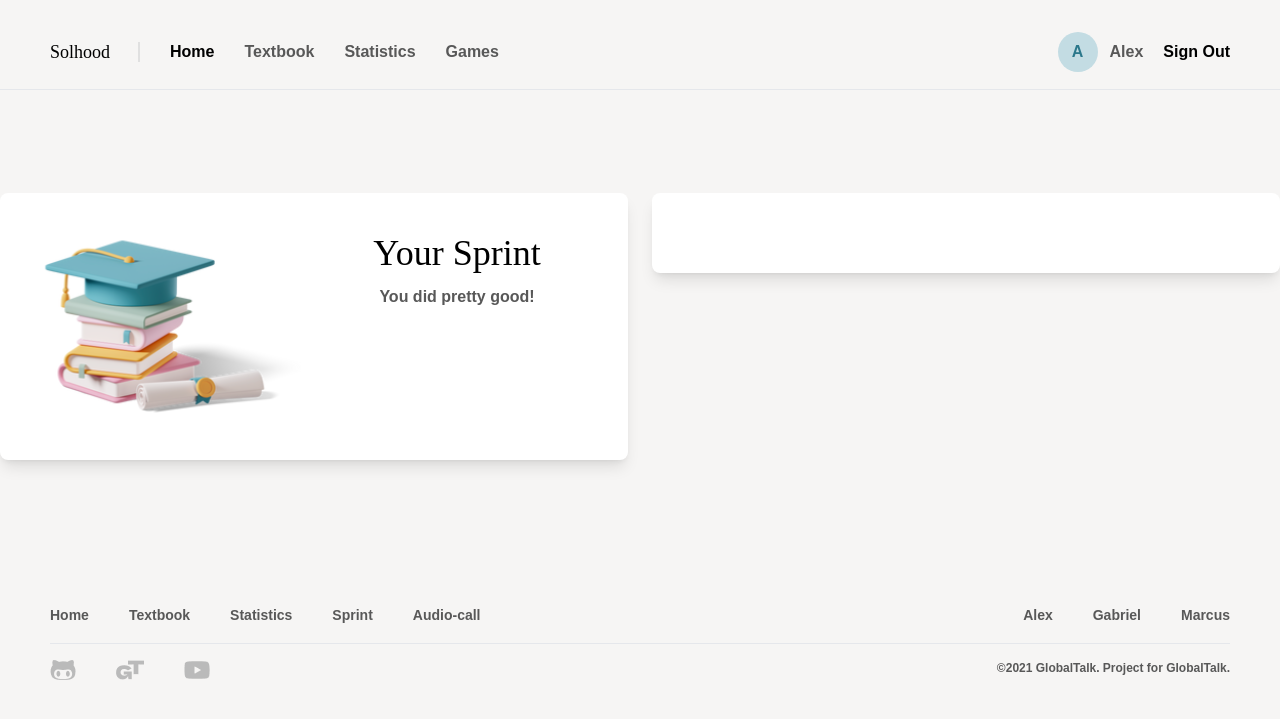
Repository: haudnn/solhood
Page: /result
An editor plug-in stored every save of this project. The page is shown before and after the next save, followed by the edit.
The browser window is 1280 px wide. The pictures show the whole page.
The project was rebuilt for these pictures with package versions that can differ from the ones it lists, and the page was loaded fresh each time. Also part of the build but not shown: src/pages/Game.tsx, src/pages/Home.tsx, src/pages/Sprint.tsx.

Above is the page before, as saved 2023-01-03 18:43:00.

### src/App.tsx
import "./App.css";
import { BrowserRouter } from 'react-router-dom';
import RouterConfig from './config/RouterConfig';
import Footer from "./components/Layout/Footer";
import Header from "./components/Layout/Header";
function App() {
  return (
    <div className="App font-montserrat">
      <BrowserRouter>
        <Header />
        <RouterConfig/>
        <Footer/>
      </BrowserRouter>
    </div>
  );
}

export default App;

### src/config/RouterConfig.tsx
import React from 'react'
import { Routes, Route } from 'react-router-dom';
import {router} from '../constants';
const RouterConfig = () => {
  return (
    <Routes>
    {router.map(({ path, component }) => (
      <Route key={path} path={path} element={component} />
    ))}
  </Routes>
  )
}

export default RouterConfig

### src/components/Layout/Footer.tsx
import React from "react";
import github from '../../assets/imgs/github.png';
import GT from '../../assets/imgs/GT.png'
import youtube from '../../assets/imgs/youtube.png'
const Footer = () => {
  return (
    <footer>
      <div className="bg-greyligt py-[40px]">
        <div className="app-container">
          <div className="pb-4 border-b border-solid boder-[greymedium]">
            <div className="grid">
              <div className="row">
                <div className="col l-6">
                  <ul className="flex items-center gap-x-10">
                    <li>
                      <a
                        className="text-sm font-semibold text-greydark"
                        href="/"
                      >
                        Home
                      </a>
                    </li>
                    <li>
                      <a
                        className="text-sm font-semibold text-greydark"
                        href="/"
                      >
                        Textbook
                      </a>
                    </li>
                    <li>
                      <a
                        className="text-sm font-semibold text-greydark"
                        href="/"
                      >
                        Statistics
                      </a>
                    </li>
                    <li>
                      <a
                        className="text-sm font-semibold text-greydark"
                        href="/"
                      >
                        Sprint
                      </a>
                    </li>
                    <li>
                      <a
                        className="text-sm font-semibold text-greydark"
                        href="/"
                      >
                        Audio-call
                      </a>
                    </li>
                  </ul>
                </div>
                <div className="col l-6">
                  <ul className="flex items-center justify-end gap-x-10">
                    <li>
                      <a
                        className="text-sm font-semibold text-greydark"
                        href="/"
                      >
                        Alex
                      </a>
                    </li>
                    <li>
                      <a
                        className="text-sm font-semibold text-greydark"
                        href="/"
                      >
                        Gabriel
                      </a>
                    </li>
                    <li>
                      <a
                        className="text-sm font-semibold text-greydark"
                        href="/"
                      >
                        Marcus
                      </a>
                    </li>
                  </ul>
                </div>
              </div>
            </div>
          </div>
          <div className="pt-4">
            <div className="grid">
              <div className="row">
                <div className="col l-6">
                  <ul className="flex items-center gap-x-10">
                    <li>
                      <a href="/">
                        <img src={github} alt="" />
                      </a>
                    </li>
                    <li>
                      <a href="/">
                        <img src={GT} alt="" />
                      </a>
                    </li>
                    <li>
                      <a href="/">
                        <img src={youtube} alt="" />
                      </a>
                    </li>
                  </ul>
                </div>
                <div className="col l-6">
                  <div className="flex items-center justify-end">
                    <span className="text-xs font-semibold text-greydark ">
                      ©2021 GlobalTalk. Project for GlobalTalk.
                    </span>
                  </div>
                </div>
              </div>
            </div>
          </div>
        </div>
      </div>
    </footer>
  );
};

export default Footer;

### src/components/Layout/Header.tsx
import React from "react";

const Header = () => {
  return (
      <header className="py-8 border-b border-solid border-[grey-dark] bg-greyligt max-h-[90px]">
        <div className="app-container">
          <div className="grid">
            <div className="row">
              <div className="col l-6">
                <div className="flex items-center gap-x-[60px] h-full">
                  <div className="line">
                    <a href="/" className="text-lg text-black font-dela">Solhood</a>
                  </div>
                  <div className="">
                    <ul className="flex items-center gap-x-[30px]">
                      <li>
                        <a
                          className="text-base font-semibold text-black"
                          href="/"
                        >
                          Home
                        </a>
                      </li>
                      <li>
                        <a
                          className="text-base font-semibold text-greydark"
                          href="/"
                        >
                          Textbook
                        </a>
                      </li>
                      <li>
                        <a
                          className="text-base font-semibold text-greydark"
                          href="/"
                        >
                          Statistics
                        </a>
                      </li>
                      <li className="relative group">
                        <a
                          className="text-base font-semibold text-greydark"
                          href="/"
                        >
                          Games
                        </a>
                        <div className="z-10 group-hover:block hidden absolute bg-white rounded-xl shadow-lg w-[215px] p-5 top-10 bridge">
                          <ul>
                            <li className="mb-2 text-base font-semibold text-greydark">
                              <a href="/sprint">Sprint</a>
                            </li>
                            <li>
                              <a href="/" className="text-base font-semibold text-greydark">Audio call</a>
                            </li>
                          </ul>
                        </div>
                      </li>
                    </ul>
                  </div>
                </div>
              </div>
              <div className="col l-6">
                <div className="flex justify-end">
                  <div className="flex items-center mr-5 gap-x-3">
                    <div className="flex items-center justify-center w-10 h-10 rounded-[50%] bg-cyanlight">
                      <span className="text-base font-semibold text-cyandark">
                        A
                      </span>
                    </div>
                    <span className="text-base font-semibold text-greydark">
                      Alex
                    </span>
                  </div>
                  <div className="flex items-center">
                    <a href="/" className="text-base font-semibold text-black">
                      Sign Out
                    </a>
                  </div>
                </div>
              </div>
            </div>
          </div>
        </div>
      </header>
  );
};

export default Header;

### src/constants/index.ts
import router from "./router"

export {router}

### src/constants/router.tsx
import Game from "../pages/Game";
import Home from "../pages/Home";
import Result from "../pages/Result";
import Sprint from "../pages/Sprint";
const router = [
 {
    path: '/',
    component: <Home />,
 },
 {
   path: '/sprint',
   component: <Sprint />,
 },
 {
  path: '/game',
   component: <Game />,
 },
 {
  path: '/result',
   component: <Result />,
 }

]
export default router;

### src/pages/Result.tsx
import React from 'react'
import books from '../assets/imgs/books.svg'
const Result = () => {
  return (
    <div className="result bg-greyligt">
        <div className="flex items-center justify-center wrapper-calc">
            <div className="grid">
                <div className="row">
                    <div className="col l-6">
                        <div className='p-10 bg-white rounded-lg shadow-lg'>
                            <div className='grid'>
                                <div className="row">
                                    <div className="col l-6">
                                        <div>
                                            <img src={books} alt="" className="object-cover w-full h-full" />
                                        </div>
                                    </div>
                                    <div className="col l-6">
                                        <div>
                                            <p className='mb-3 text-4xl font-dela'>Your Sprint</p>
                                            <p className='mb-3 text-base font-semibold text-greydark'>You did pretty good!</p>
                                            <div className='flex items-center justify-between'>
                                                <div>

                                                </div>
                                                <div>

                                                </div>
                                            </div>
                                        </div>
                                    </div>
                                </div>
                            </div>
                        </div>
                    </div>
                    <div className="col l-6">
                        <div className='p-10 bg-white rounded-lg shadow-lg'>

                        </div>
                    </div>
                </div>
            </div>
        </div>
    </div>
  )
}

export default Result

Loaded but not shown: public/index.html (common file); src/index.tsx (common file); src/App.css (common file); tailwind.config.js (30 lines, source omitted); src/index.css (655 lines, source omitted)

After the next save:
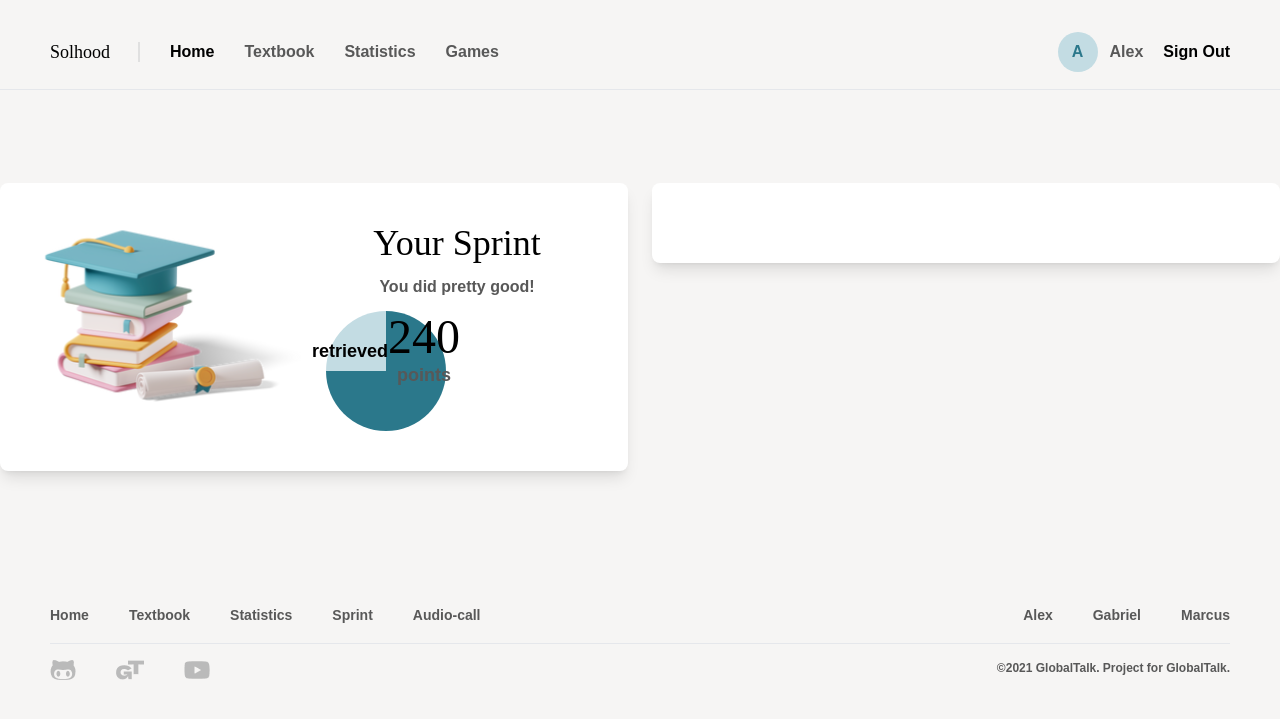
Saved 2 min 13 s later.
--- a/src/pages/Result.tsx
+++ b/src/pages/Result.tsx
@@ -1,48 +1,69 @@
-import React from 'react'
-import books from '../assets/imgs/books.svg'
+import React from "react";
+import books from "../assets/imgs/books.svg";
 const Result = () => {
   return (
     <div className="result bg-greyligt">
-        <div className="flex items-center justify-center wrapper-calc">
-            <div className="grid">
-                <div className="row">
+      <div className="flex items-center justify-center wrapper-calc">
+        <div className="grid">
+          <div className="row">
+            <div className="col l-6">
+              <div className="p-10 bg-white rounded-lg shadow-lg">
+                <div className="grid">
+                  <div className="row">
                     <div className="col l-6">
-                        <div className='p-10 bg-white rounded-lg shadow-lg'>
-                            <div className='grid'>
-                                <div className="row">
-                                    <div className="col l-6">
-                                        <div>
-                                            <img src={books} alt="" className="object-cover w-full h-full" />
-                                        </div>
-                                    </div>
-                                    <div className="col l-6">
-                                        <div>
-                                            <p className='mb-3 text-4xl font-dela'>Your Sprint</p>
-                                            <p className='mb-3 text-base font-semibold text-greydark'>You did pretty good!</p>
-                                            <div className='flex items-center justify-between'>
-                                                <div>
-
-                                                </div>
-                                                <div>
-
-                                                </div>
-                                            </div>
-                                        </div>
-                                    </div>
-                                </div>
-                            </div>
-                        </div>
+                      <div>
+                        <img
+                          src={books}
+                          alt=""
+                          className="object-cover w-full h-full"
+                        />
+                      </div>
                     </div>
                     <div className="col l-6">
-                        <div className='p-10 bg-white rounded-lg shadow-lg'>
+                      <div>
+                        <p className="mb-3 text-4xl font-dela">Your Sprint</p>
+                        <p className="mb-3 text-base font-semibold text-greydark">
+                          You did pretty good!
+                        </p>
+                        <div className="flex items-center justify-between">
+                          <div>
+                            <div
+                              style={{
+                                background: `conic-gradient(#2b788b ${270}deg, #c3dce3 0deg)`,
+                              }}
+                              className="circular-progess-small relative w-[120px] h-[120px] rounded-[50%] flex items-center justify-center"
+                            >
+                              <div className="relative">
+                                <div className="flex items-center justify-between mb-10 ">
+                                  <p className="text-lg font-semibold">
+                                    retrieved
+                                  </p>
+                                  <div className="flex flex-col items-center">
+                                    <p className="text-5xl font-dela">240</p>
+                                    <p className="text-lg font-semibold text-greydark">
+                                      points
+                                    </p>
+                                  </div>
+                                </div>
+                              </div>
+                            </div>
+                          </div>
+                          <div></div>
+                        </div>
+                      </div>
+                    </div>
+                  </div>
+                </div>
+              </div>
+            </div>
+            <div className="col l-6">
+              <div className="p-10 bg-white rounded-lg shadow-lg"></div>
+            </div>
+          </div>
+        </div>
+      </div>
+    </div>
+  );
+};
 
-                        </div>
-                    </div>
-                </div>
-            </div>
-        </div>
-    </div>
-  )
-}
-
-export default Result
+export default Result;
